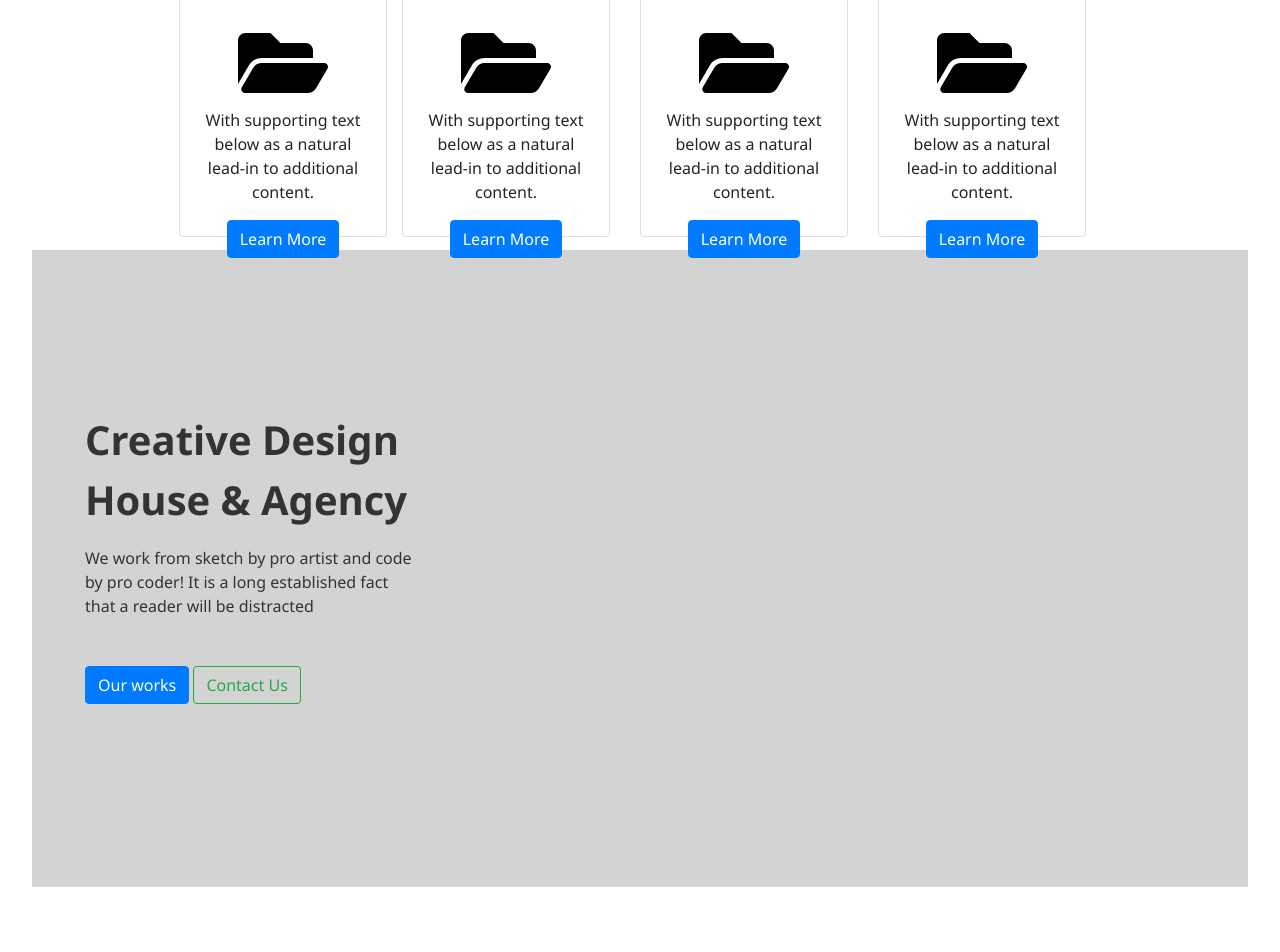
Repository: stephenkayade/Tarm
Page: index.html
The author's editor kept a copy of each file at every save. The page is drawn from the files as they stood at one save, then again after the next save.
The browser window is 1280 px wide. The pictures show the part of the page from y = 752 to 1704 px (the page is 4040 px tall before and 4060 px after).
A picture or video elsewhere on the page could not be fetched, so the positions and the page height are approximate.

Above is the page before, as saved 2020-05-07 15:05:20.

After the next save:
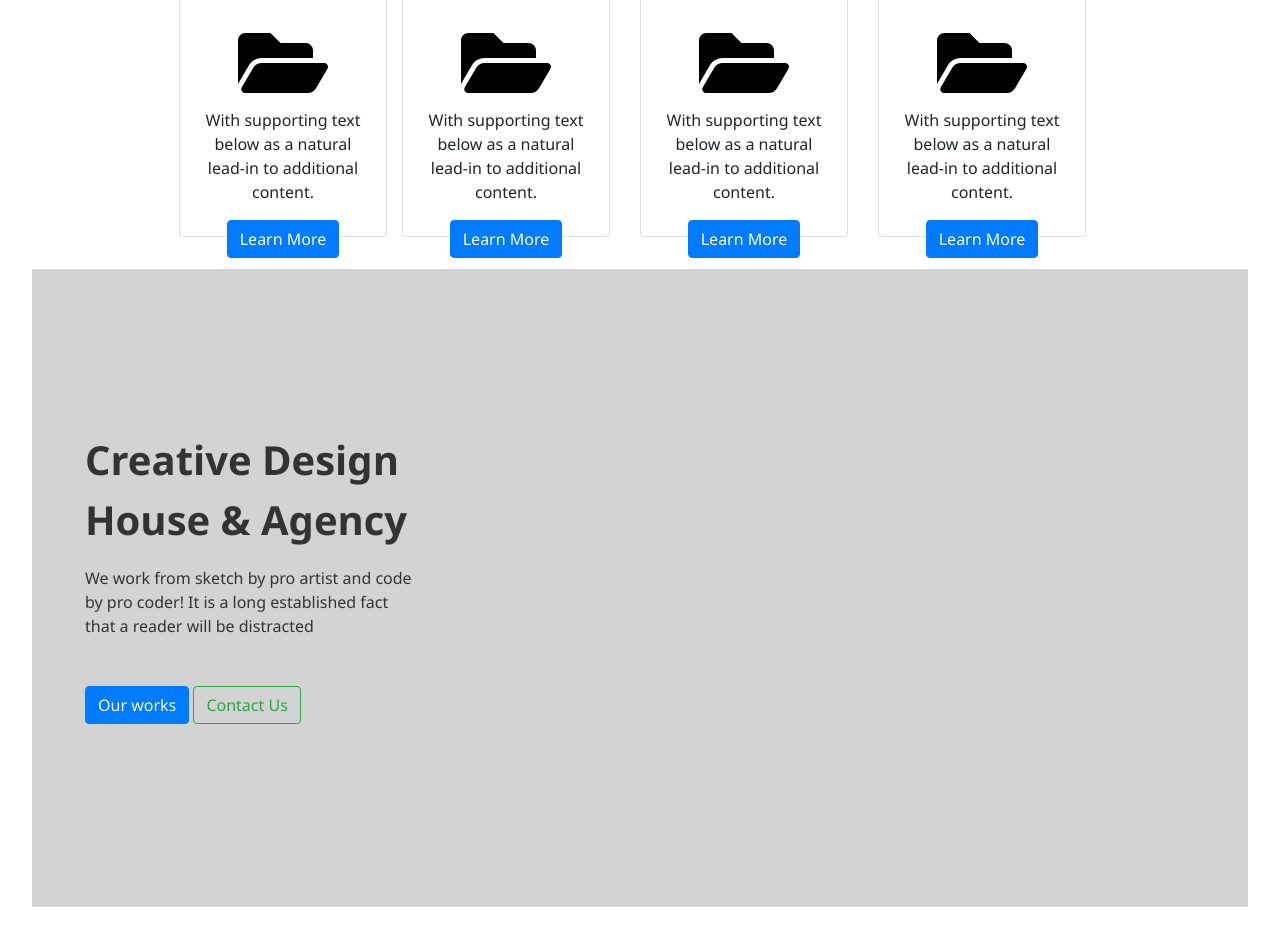
Saved 58 s later.
--- a/css/style.css
+++ b/css/style.css
@@ -38,7 +38,8 @@ body{
     display: flex;
     flex-direction: row;
     justify-content: center;
-    padding: 1%
+    padding-top: 1%;
+    padding-bottom: 2rem;
 }
 
 
